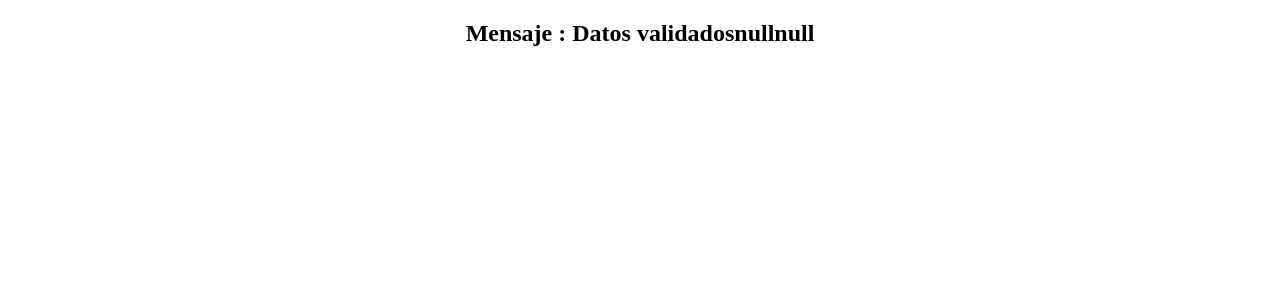
Repository: LuisCondori98/LP1-CIB
Page: http://localhost/Clase-02/jsp/validarCredencial.jsp
An editor plug-in stored every save of this project. The page is shown before and after the next save, followed by the edit.
The browser window is 1280 px wide. The pictures show the whole page.
The page is served by Tomcat 9. Other server files are loaded and not shown.

Above is the page before, as saved 2025-01-12 20:48:52.

### Clase-02/src/main/webapp/jsp/validarCredencial.jsp
<%@ page language="java" contentType="text/html; charset=ISO-8859-1"
    pageEncoding="ISO-8859-1"%>
<!DOCTYPE html>
<html>
<head>
<meta charset="ISO-8859-1">
<title>Insert title here</title>
</head>
<body>
	<%
		String mensaje = "";
		String Rol = request.getParameter("cboRol");
		String credencial = request.getParameter("txtCredencial");
		mensaje = "Datos validados" + Rol + credencial;
		request.setAttribute("msj", mensaje);
		pageContext.forward("respuestaCredencial.jsp");
	%>
</body>
</html>

### Clase-02/src/main/webapp/jsp/respuestaCredencial.jsp
<%@ page language="java" contentType="text/html; charset=ISO-8859-1"
    pageEncoding="ISO-8859-1"%>
<!DOCTYPE html>
<html>
<head>
<meta charset="ISO-8859-1">
<title>Insert title here</title>
</head>
<body>
	<% String msj = (String) request.getAttribute("msj"); %>
	<h2 align="center">
		Mensaje : <%=msj%>
	</h2>
</body>
</html>

After the next save:
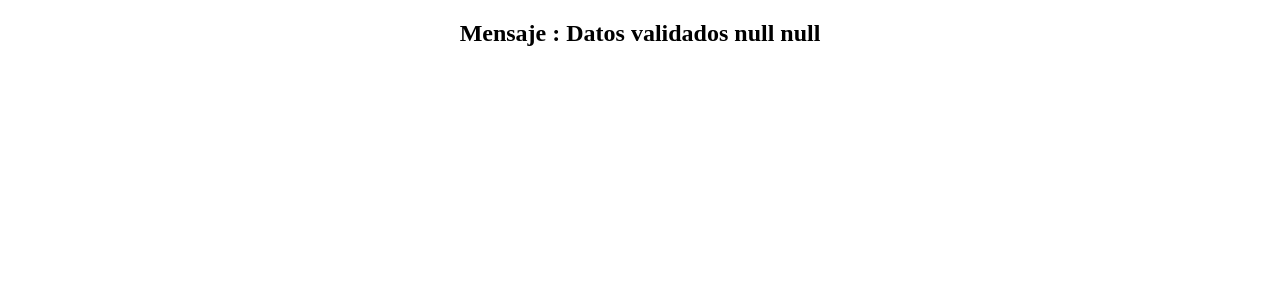
Saved 47 s later.
--- a/Clase-02/src/main/webapp/jsp/validarCredencial.jsp
+++ b/Clase-02/src/main/webapp/jsp/validarCredencial.jsp
@@ -11,7 +11,7 @@
 		String mensaje = "";
 		String Rol = request.getParameter("cboRol");
 		String credencial = request.getParameter("txtCredencial");
-		mensaje = "Datos validados" + Rol + credencial;
+		mensaje = "Datos validados" + "\n" + Rol + "\n" + credencial;
 		request.setAttribute("msj", mensaje);
 		pageContext.forward("respuestaCredencial.jsp");
 	%>
